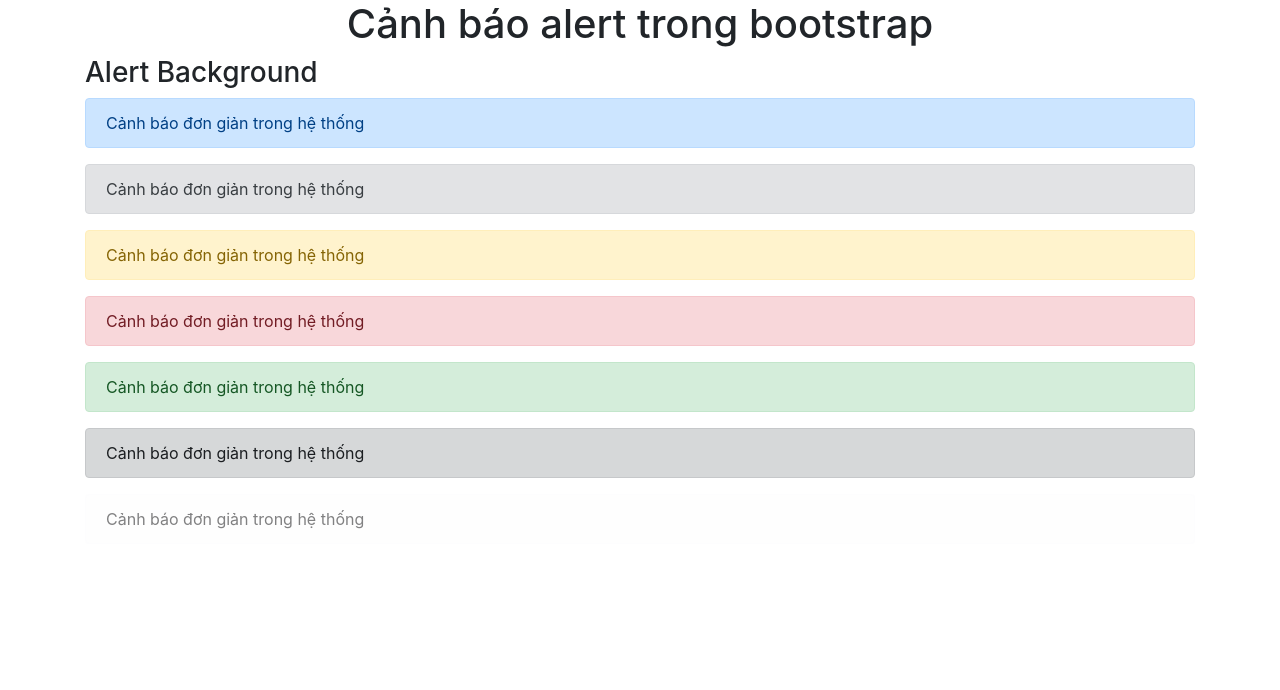
Repository: anhtu2110/front_end
Page: lesson/bootstrap/advance/5.15-alert.html
The author's editor kept a copy of each file at every save. The page is drawn from the files as they stood at one save, then again after the next save.
The browser window is 1280 px wide. The pictures show the whole page.

Above is the page before, as saved 2022-12-09 14:52:31.

After the next save:
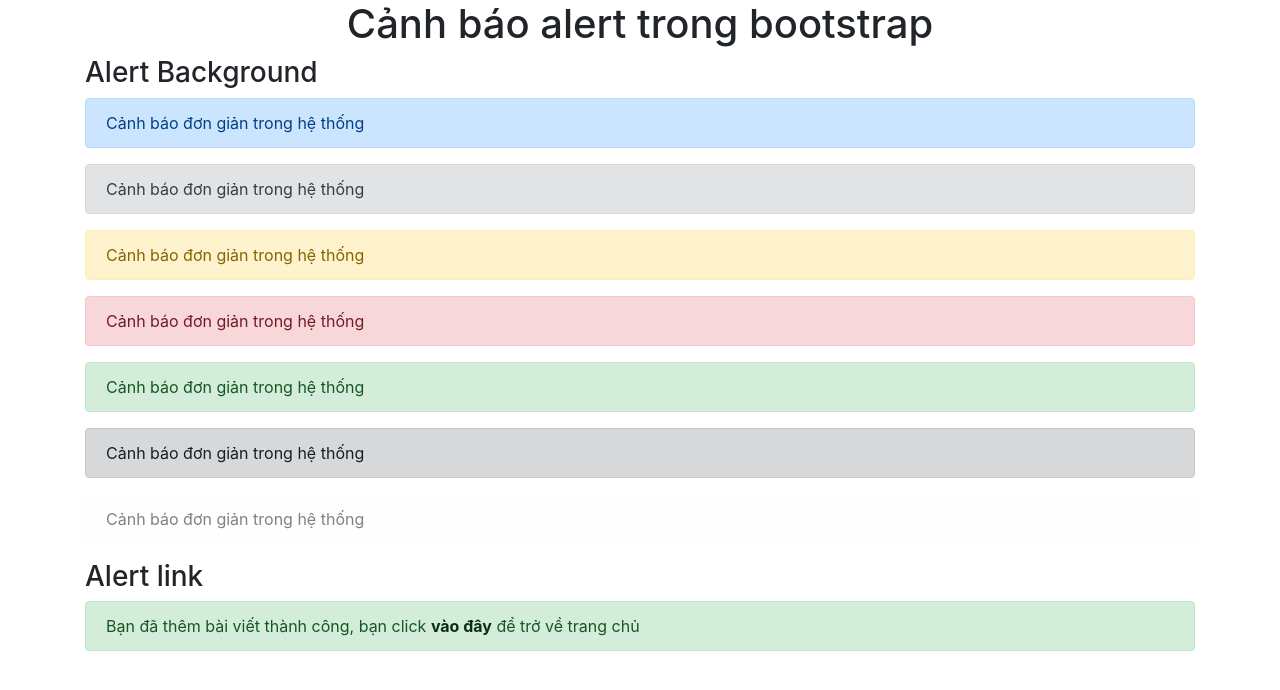
Saved 108 s later.
--- a/lesson/bootstrap/advance/5.15-alert.html
+++ b/lesson/bootstrap/advance/5.15-alert.html
@@ -36,6 +36,11 @@
                 <div class="alert alert-light" role="alert">
                     Cảnh báo đơn giản trong hệ thống
                 </div>
+                <h3>Alert link</h3>
+                <div class="alert alert-success" role="alert">
+                    Bạn đã thêm bài viết thành công, bạn click <a href="" class="alert-link">vào đây</a> để trở
+                    về trang chủ
+                </div>
             </div>
         </div>
     </div>
